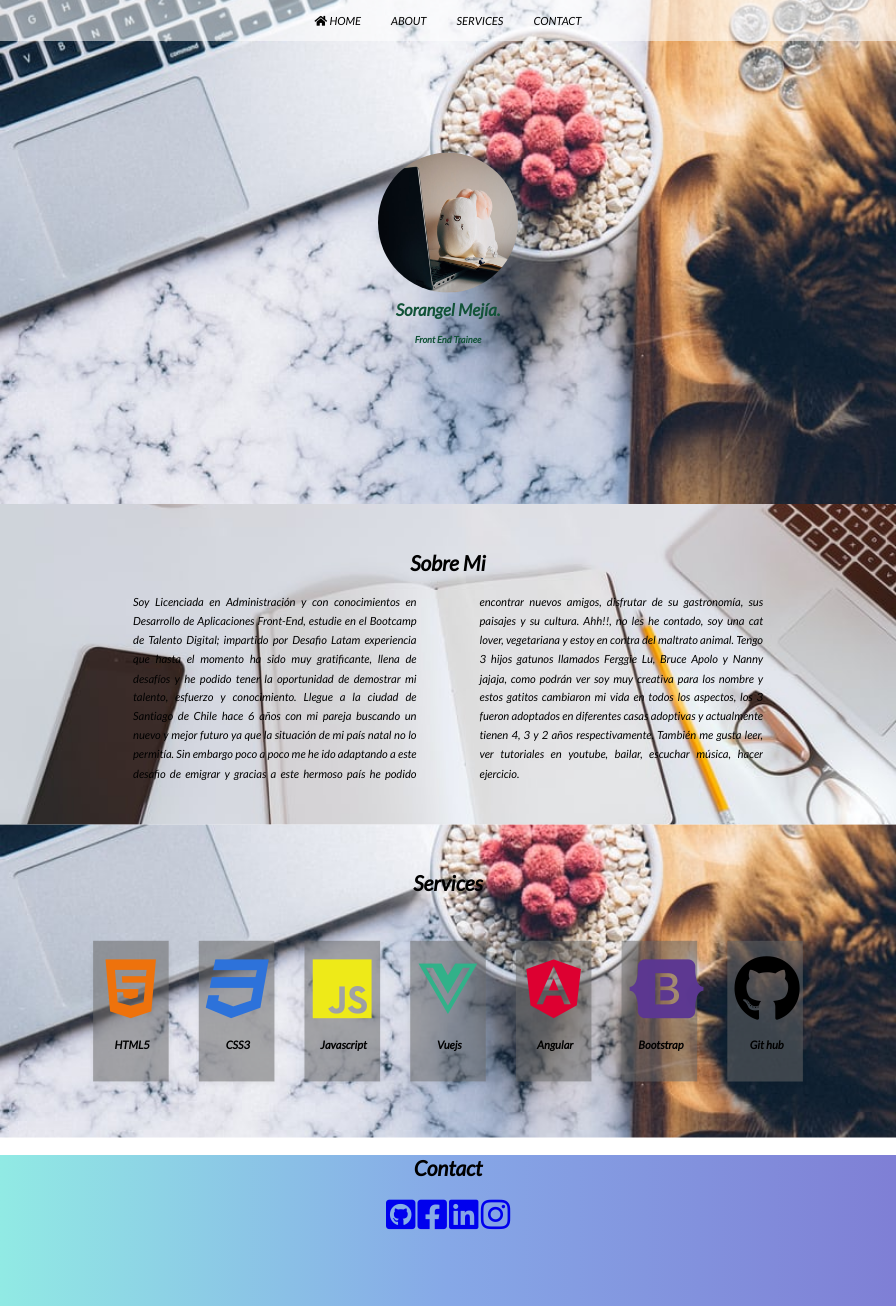
Repository: sory2311/portfolio-css
Page: index.html
An editor plug-in stored every save of this project. The page is shown before and after the next save, followed by the edit.
The browser window is 1280 px wide. The pictures show the whole page, at 70% of full size.
Backgrounds fixed to the window are drawn as part of the page. Some web libraries are served in a nearby version.

Above is the page before, as saved 2021-05-27 18:51:07.

After the next save:
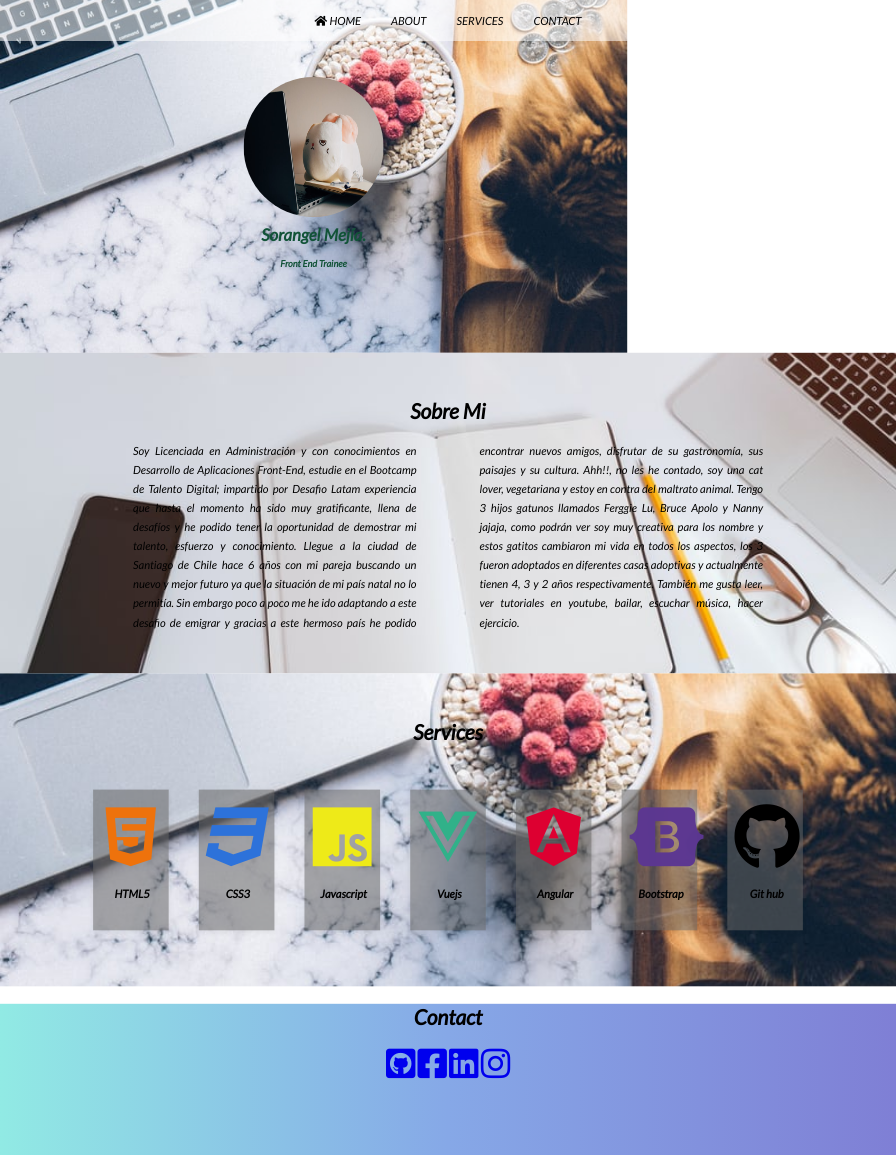
Saved 40 s later.
--- a/css/style.css
+++ b/css/style.css
@@ -58,8 +58,8 @@
 /* aqui COMIENZA el HOME*/
 
 #home {
-    width: 100%;
-    height: 100vh;
+    width: 70%;
+    height: 70vh;
     display: flex;
     flex-direction: column;
     justify-content: center;
